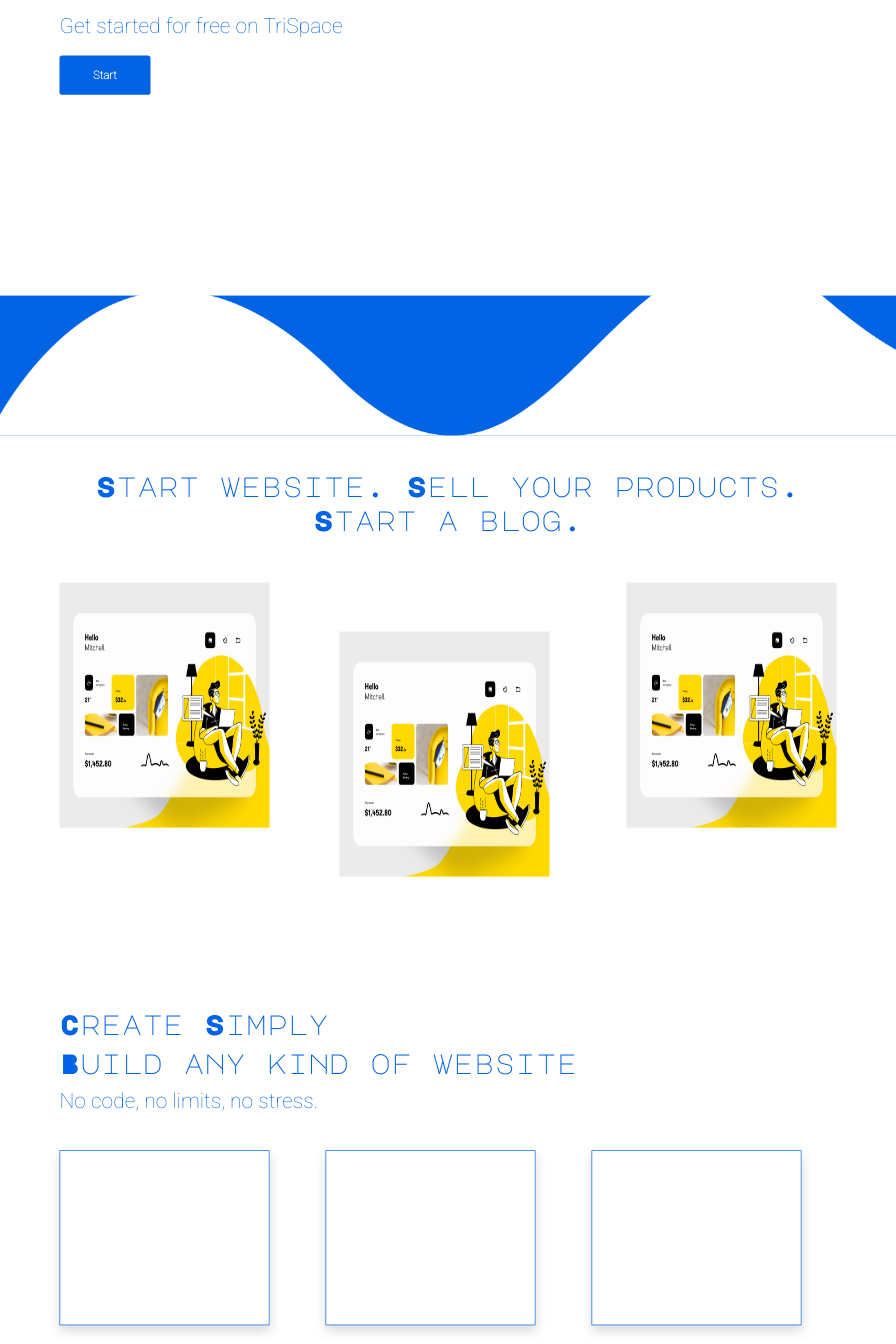
Repository: latenightsnacc/TriSpace
Page: HTML/index.html
An editor plug-in stored every save of this project. The page is shown before and after the next save, followed by the edit.
The browser window is 1280 px wide. The pictures show the part of the page from y = 346 to 2266 px (the page is 5330 px tall before and 5158 px after), at 70% of full size.
The style sheet was rebuilt from its Sass, Less or Tailwind sources for each picture, by a compiler version that may differ from the author's.

Above is the page before, as saved 2020-11-12 10:52:50.

After the next save:
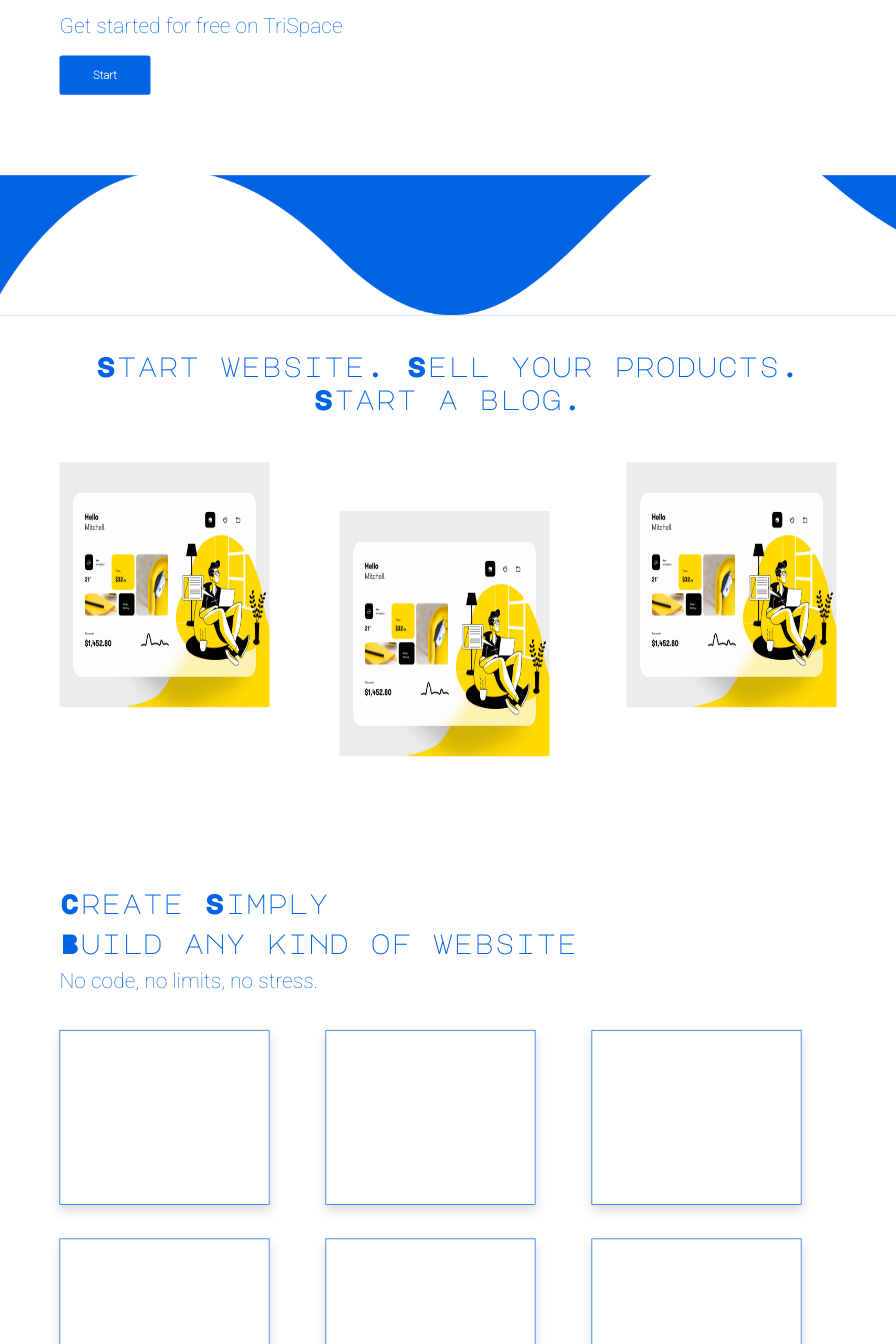
Saved 44 s later.
--- a/HTML/index.html
+++ b/HTML/index.html
@@ -86,11 +86,12 @@
                 </div>
             </div>
         </div>
-    </section>
-    <!--Wave-->
-    <section id="wave" class="wave"></section>
-    <section></section>
-    <!--Services-->
+        <!--Wave-->
+        <section id="wave" class="wave"></section>
+        <section></section>
+    </section>
+
+     <!--Services-->
     <section class="min-h-screen mt-5 mb-5" id="services">
         <div class="container">
             <div class="absolute-box">
